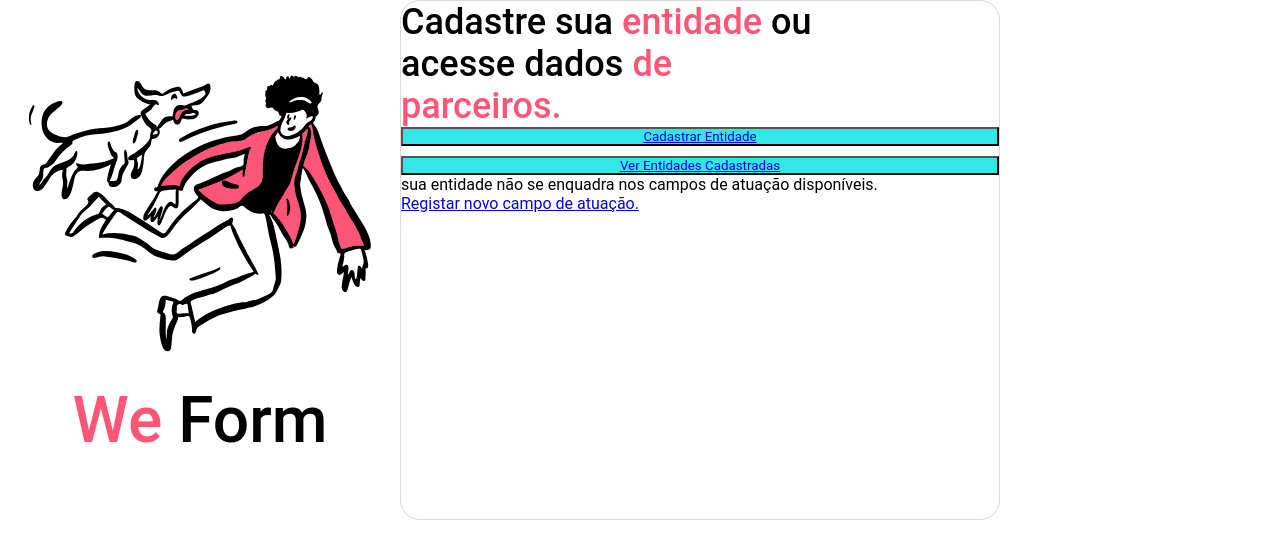
Repository: guilhermecardoso93/we-form
Page: index.html
These files come from the project's save history. The page is drawn as it stood at one moment and after the next save; the edit follows.
The browser window is 1280 px wide. The pictures show the whole page.

Above is the page before, as saved 2024-06-09 17:26:46.

### index.html
<!DOCTYPE html>
<html lang="pt-BR">

<head>
    <meta charset="UTF-8">
    <meta name="viewport" content="width=device-width, initial-scale=1.0">
    <link rel="stylesheet" href="./styles.css">
    <title>We Form</title>
</head>

<body>
    <div class="content">

        <aside>
            <img src="./assets/hero.svg" alt="Ilustração mulher com cachorro" />
            <h1>
                <span>We</span> Form
            </h1>
        </aside>

        <main>
            <h2>Cadastre sua <span>entidade</span> ou acesse dados <span>de parceiros.</span></h2>
            <div class="buttons">
                <button>
                <a href="http://">Cadastrar Entidade</a>
            </button>
                <button>
                <a href="http://">Ver Entidades Cadastradas</a>
            </button>
            </div>
            <p>sua entidade não se enquadra nos campos de atuação disponíveis.</p>
            <a href="http://">Registar novo campo de atuação.</a>
        </main>
    </div>
</body>

</html>

### styles.css
* {
  padding: 0;
  margin: 0;
  box-sizing: border-box;
  font-family: Roboto, sans-serif;
}

:root {
  font-size: 62.5%;
}

body {
  margin: auto;
  font-size: 1.6rem;
}

.content {
  display: flex;
}

aside {
  display: flex;
  flex-direction: column;
  align-items: center;
  justify-content: center;
  gap: 2rem;
}

aside h1 {
  font-size: 6.4rem;
  font-weight: 500;
  line-height: 75px;
}

aside h1>span, main h2>span {
  color: #FF5678;
}

aside img {
  width: 40rem;
}


main {
  width: 60rem;
  height: 52rem;
  border: 1px solid rgba(0, 0, 0, 0.15);
  border-radius: 20px;
}

main h2 {
  max-width: 43rem;
  font-size: 3.6rem;
  font-weight: 500;
}

.buttons {
  display: flex;
  flex-direction: column;
  justify-content: center;
  gap: 1rem
}

.buttons button {}

.buttons button {
  background-color: #35e6e9;
}

.buttons button:second-child {
  background-color: #FF5678;
}

After the next save:
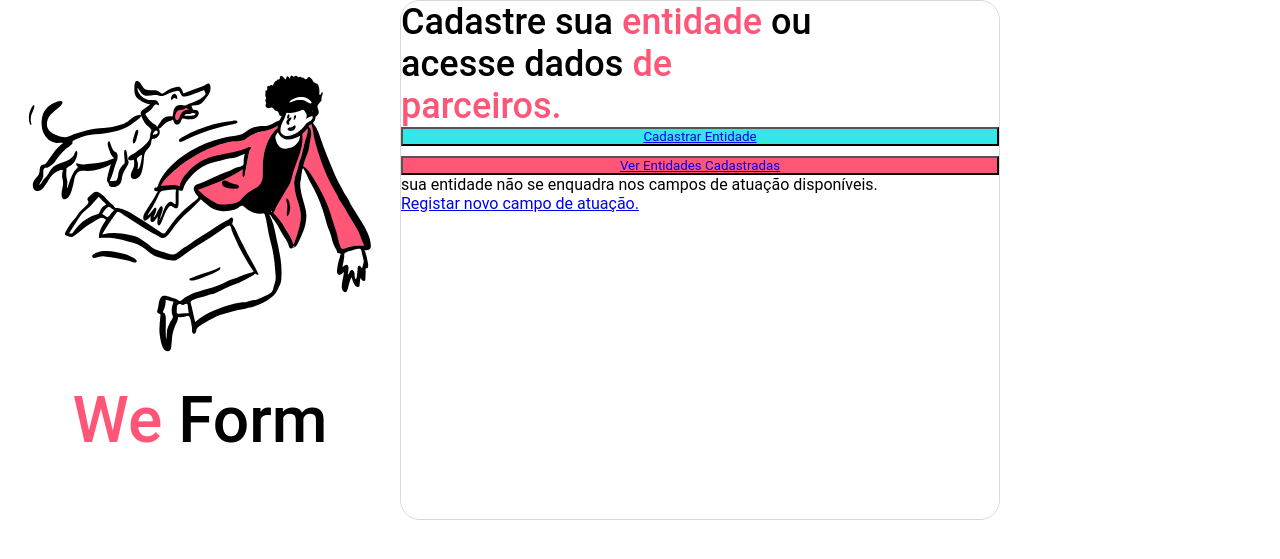
Saved 8 s later.
--- a/styles.css
+++ b/styles.css
@@ -67,6 +67,6 @@ main h2 {
   background-color: #35e6e9;
 }
 
-.buttons button:second-child {
+.buttons button + button {
   background-color: #FF5678;
 }
